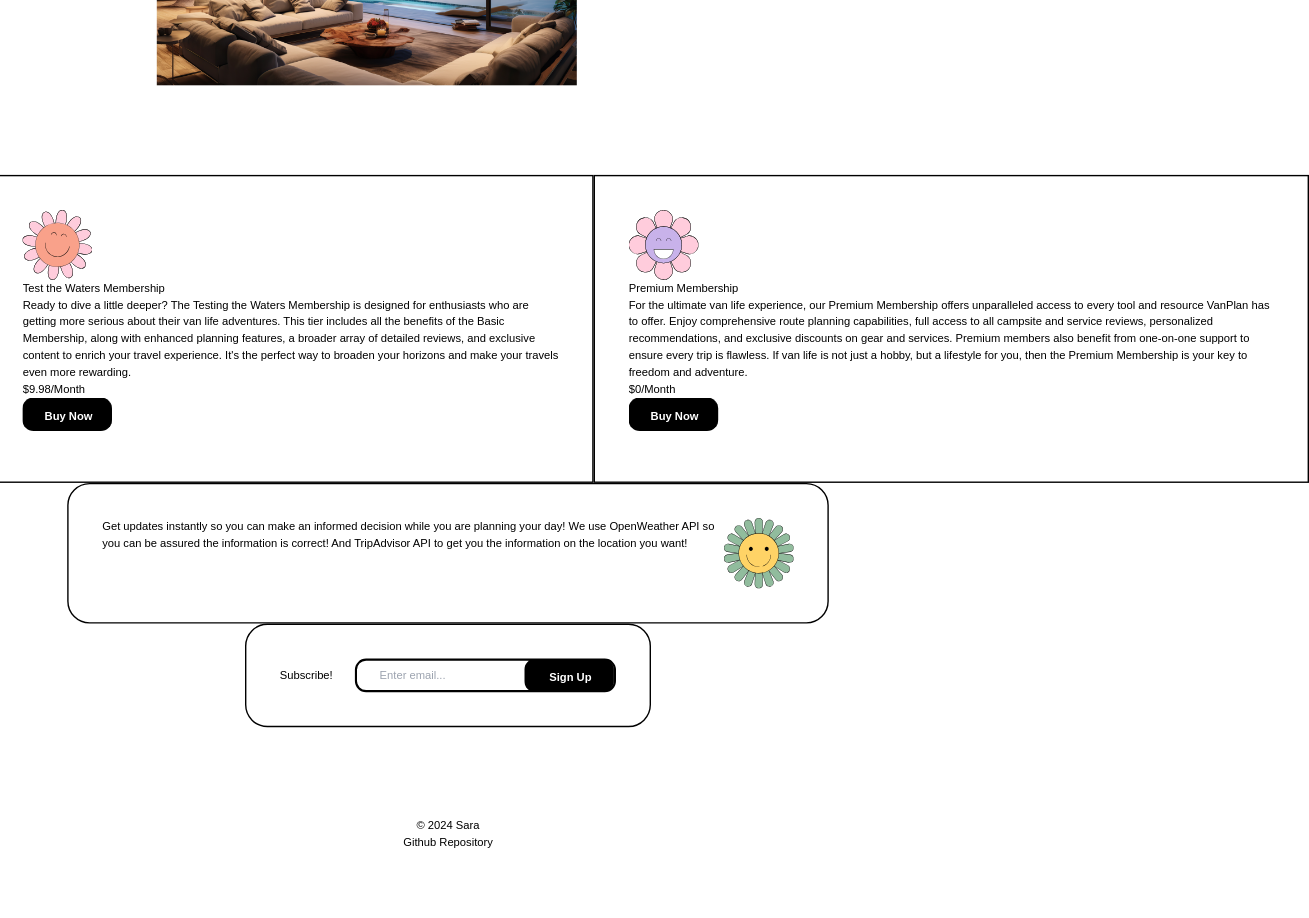
Repository: SaraShio/landing-page
Page: /
An editor plug-in stored every save of this project. The page is shown before and after a run of saves, followed by the edit.
The browser window is 1280 px wide. The page is 1870 px wide, then 1620 px, so the pictures cover 1870 px, including what lies to the right of the window. The pictures show the part of the page from y = 497 to 1817 px (the page is 1808 px tall before and 1904 px after), at 70% of full size.
The project was rebuilt for these pictures with package versions that can differ from the ones it lists, and the page was loaded fresh each time. The framework's server and built-in components were replaced by stand-ins that run in the browser. Also part of the build but not shown: next.config.mjs.

Above is the page before, as saved 2024-03-06 00:07:09.

### src/pages/index.tsx
//import Spline from '@splinetool/react-spline';

import Image from "next/image";

import Header from "../../components/Header";
import Hero from "../../components/Hero";
import PriceCards from '../../components/PriceCards';
import SubBanner from "../../components/SubBanner";
import Subscribe from "../../components/Subscribe";
import Footer from "../../components/Footer";

export default function Home() {
  return (
    <main className={`flex min-h-screen flex-col items-center justify-between p-24`}>
      <Header />
      <Hero/>
      <PriceCards/>
      <SubBanner/>
      <Subscribe/>
      <Footer />
    </main>
  );
}

### src/styles/globals.css
@tailwind base;
@tailwind components;
@tailwind utilities;

@import url('https://fonts.googleapis.com/css2?family=Nunito:wght@400;600;700&display=swap');

:root {
 --black:#000000;
 --white: #FFFFFF;
 --card-padding: 3rem;
}

body {
  font-family: 'Nunito', sans-serif;
}

### components/Header/index.tsx
import Image from "next/image";
import styles from "./Header.module.css";

export default function Header() {
  return (
    <>
      <div className={styles.header_container}>
        <div className={styles.logo_img}>
          <Image
            src="/images/green_logo.svg"
            alt="VanPlan Logo"
            width={400}
            height={400}
          />
        </div>

        <div className={styles.input_container}>
        <form>
            <input type="text" placeholder="Enter email...">

            </input>
        </form>
        <button className={styles.signup_button}>Sign Up</button>
        </div>
      </div>
    </>
  );
}

### components/Hero/index.tsx
import Image from "next/image";
import styles from "./Hero.module.css";

export default function Hero() {
  return (
    <>
      <div className={styles.hero_container}>
        <Image src="/images/test1.jpeg" alt="Test" width={600} height={600} />

        <div>
          <h1>VanPlan</h1>
          <h1>Plan your day according to the weather</h1>
          <button className={styles.download_button}>Download Today</button>
        </div>
      </div>
    </>
  );
}

### components/PriceCards/index.tsx
import styles from './PriceCards.module.css';

import CardOne from "../CardOne";
import CardTwo from "../CardTwo";
import CardThree from "../CardThree";

export default function PriceCards() {
  return (
    <>
      <div className={styles.price_card_container}>
        <CardOne />
        <CardTwo />
        <CardThree />
      </div>
    </>
  );
}

### components/SubBanner/index.tsx
import Image from "next/image";
import styles from "./SubBanner.module.css";


export default function SubBanner() {
  return (
    <main className={styles.sub_banner_container}>

    <h1>Get updates instantly so you can make an informed decision while you are planning your day! We use OpenWeather API so you can be assured the information is correct! And TripAdvisor API to get you the information on the location you want!</h1>

    <Image src="/images/test5.svg" alt="Test" width={100} height={100} />


    </main>
  );
}

### components/Subscribe/index.tsx
import Image from "next/image";
import styles from "./Subscribe.module.css";

export default function Subscribe() {
  return (
    <main className={styles.subscribe_container}>
      <h1>Subscribe!</h1>

      <form className={styles.input_container}>
        <input type="text" placeholder="Enter email..."></input>
        <button className={styles.signup_button}>Sign Up</button>
      </form>

    </main>
  );
}

### components/Footer/index.tsx
import Image from 'next/image';
import styles from './Footer.module.css';

export default function Footer(){
    return (
        <>
            <footer className={styles.footer_container}>
                <p>&copy; {new Date().getFullYear()} Sara</p>
                <a href="https://github.com/Haydenleung/MDIA-3109-Final-Project.git" target="_blank" rel="noopener noreferrer">Github Repository</a>
            </footer>
        </>
    )
}

### components/Header/Header.module.css
.header_container{
    display: flex;
    justify-content: space-between;
    align-items: center;
    width: 100vw;
    padding-right: 4rem;
    padding-left: 4rem;
  }

  .signup_button{
    border: 3px solid var(--black);
    border-right: none;
    border-radius: 1rem;
    padding: 12px;
    width: 8rem;
    height: 3rem;
    background-color: var(--black);
    color: var(--white);
    font-weight: 600;
  }

  .input_container{
    display: flex;
    align-items: center;
    border: 3px solid var(--black);
    border-radius: 1rem;
    height: 3rem;
    padding-left: 2rem;
  }

### components/Hero/Hero.module.css
.hero_container{
display: flex;
padding: 8rem;
}

.download_button{
    border: 3px solid var(--black);
    border-right: none;
    border-radius: 1rem;
    padding: 12px;
    width: 12rem;
    height: 3rem;
    background-color: var(--black);
    color: var(--white);
    font-weight: 600;
}

### components/PriceCards/PriceCards.module.css
.price_card_container{
    display: flex;
}

### components/CardOne/index.tsx
import Image from "next/image";
import styles from "./CardOne.module.css";

export default function CardOne() {
  return (
    <>
      <div className={styles.card_one_container}>
      <Image src="/images/test2.svg" alt="Test" width={100} height={100} />
      <h1>Basic Membership</h1>
      <p>Our Basic Membership is ideal for those new to van life or who enjoy occasional escapes into nature. This entry-level option provides you with essential route planning tools, access to community forums, and a curated selection of campsite reviews. It's the perfect way to get your wheels rolling and start exploring with confidence and community support.</p>

      <h1>$0/Month</h1>

      <button className={styles.buy_button}>Buy Now</button>
      </div>
    </>
  );
}

### components/CardTwo/index.tsx
import Image from "next/image";
import styles from "./CardTwo.module.css";

export default function CardTwo() {
  return (
    <>
      <div className={styles.card_two_container}>
      <Image src="/images/test3.svg" alt="Test" width={100} height={100} />
      <h1>Test the Waters Membership</h1>
      <p>Ready to dive a little deeper? The Testing the Waters Membership is designed for enthusiasts who are getting more serious about their van life adventures. This tier includes all the benefits of the Basic Membership, along with enhanced planning features, a broader array of detailed reviews, and exclusive content to enrich your travel experience. It's the perfect way to broaden your horizons and make your travels even more rewarding.</p>

      <h1>$9.98/Month</h1>

      <button className={styles.buy_button}>Buy Now</button>
      </div>
    </>
  );
}

### components/CardThree/index.tsx
import Image from "next/image";
import styles from "./CardThree.module.css";

export default function CardThree() {
  return (
    <>
      <div className={styles.card_three_container}>
        <Image src="/images/test4.svg" alt="Test" width={100} height={100} />
        <h1>Premium Membership</h1>
        <p>
          For the ultimate van life experience, our Premium Membership offers
          unparalleled access to every tool and resource VanPlan has to offer.
          Enjoy comprehensive route planning capabilities, full access to all
          campsite and service reviews, personalized recommendations, and
          exclusive discounts on gear and services. Premium members also benefit
          from one-on-one support to ensure every trip is flawless. If van life
          is not just a hobby, but a lifestyle for you, then the Premium
          Membership is your key to freedom and adventure.
        </p>

        <h1>$0/Month</h1>

        <button className={styles.buy_button}>Buy Now</button>
      </div>
    </>
  );
}

### components/SubBanner/SubBanner.module.css
.sub_banner_container{
    display: flex;
    border: 2px solid var(--black);
    border-radius: 2rem;
    padding: var(--card-padding);
}

### components/Subscribe/Subscribe.module.css
.subscribe_container{
    display: flex;
    flex-direction: row;
    align-items: center;
    border: 2px solid var(--black);
    border-radius: 2rem;
    padding: var(--card-padding);
}

.signup_button{
    border: 3px solid var(--black);
    border-right: none;
    border-radius: 1rem;
    padding: 12px;
    width: 8rem;
    height: 3rem;
    background-color: var(--black);
    color: var(--white);
    font-weight: 600;
  }

  .input_container{
    display: flex;
    align-items: center;
    border: 3px solid var(--black);
    border-radius: 1rem;
    height: 3rem;
    padding-left: 2rem;
    margin-left: 2rem;
  }

### components/Footer/Footer.module.css
.footer_container {
    display: flex;
    flex-direction: column;
    justify-content: center;
    align-items: center;
    width: 100vw;
    padding-top: 8rem;
}

### components/CardOne/CardOne.module.css
.card_one_container{
    border: 2px solid var(--black);
    padding: var(--card-padding);
    display: flex;
    flex-direction: column;
    width: 2000px;
}

.buy_button{
    border: 3px solid var(--black);
    border-right: none;
    border-radius: 1rem;
    padding: 12px;
    width: 8rem;
    height: 3rem;
    background-color: var(--black);
    color: var(--white);
    font-weight: 600;
}

### components/CardTwo/CardTwo.module.css
.card_two_container{
    border: 2px solid var(--black);
    padding: var(--card-padding);
    display: flex;
    flex-direction: column;
}

.buy_button{
    border: 3px solid var(--black);
    border-right: none;
    border-radius: 1rem;
    padding: 12px;
    width: 8rem;
    height: 3rem;
    background-color: var(--black);
    color: var(--white);
    font-weight: 600;
}

### components/CardThree/CardThree.module.css
.card_three_container{
    border: 2px solid var(--black);
    padding: var(--card-padding);
    display: flex;
    flex-direction: column;
}

.buy_button{
    border: 3px solid var(--black);
    border-right: none;
    border-radius: 1rem;
    padding: 12px;
    width: 8rem;
    height: 3rem;
    background-color: var(--black);
    color: var(--white);
    font-weight: 600;
}

Loaded but not shown: src/pages/_app.tsx (common file); src/pages/_document.tsx (common file); tailwind.config.ts (common file)

After the next 2 saves:
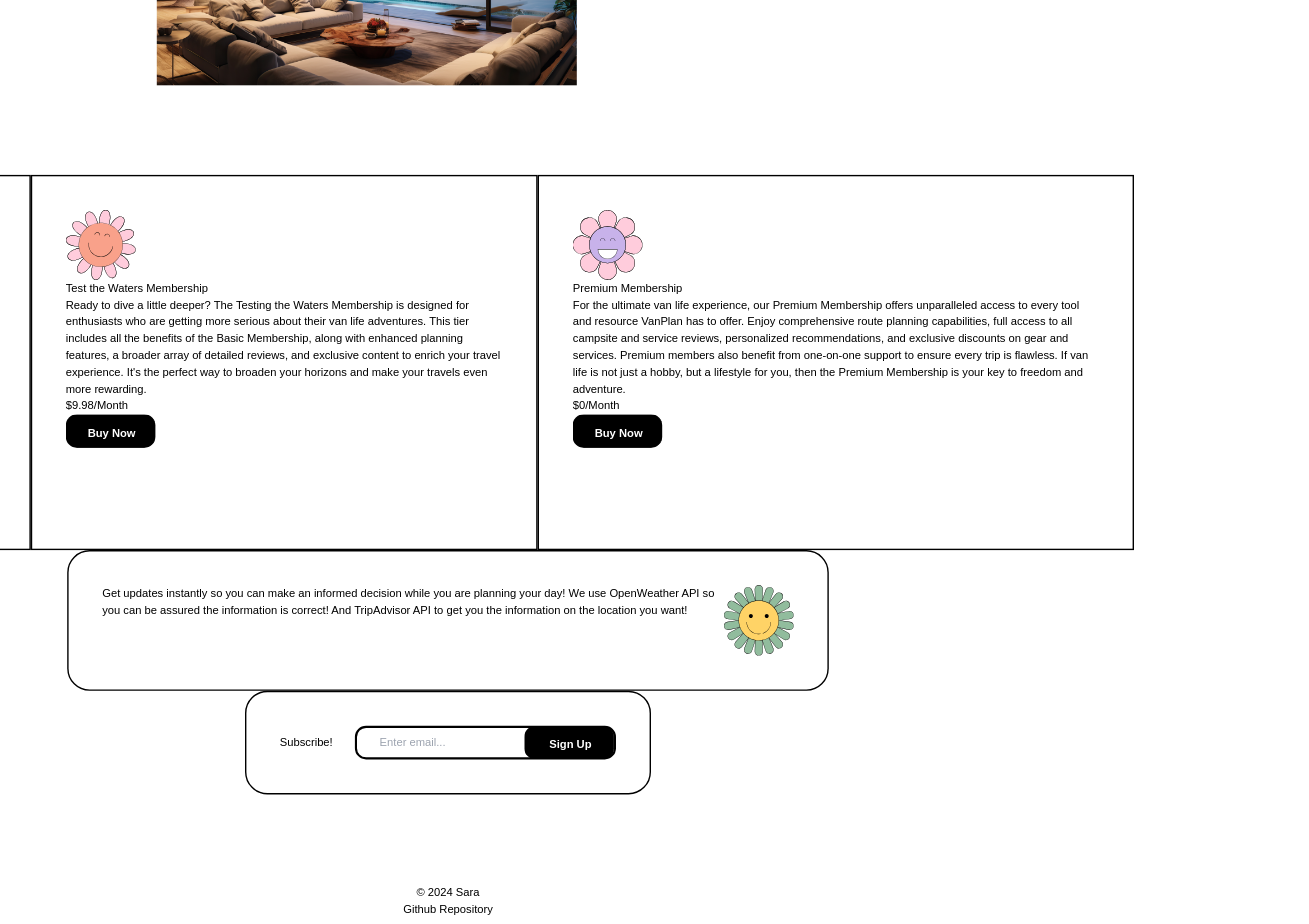
The 2 saves are shown as one change because they came seconds apart.
The last was saved 11 s later.
--- a/components/CardOne/CardOne.module.css
+++ b/components/CardOne/CardOne.module.css
@@ -3,7 +3,7 @@
     padding: var(--card-padding);
     display: flex;
     flex-direction: column;
-    width: 2000px;
+    width: 1500px;
 }
 
 .buy_button{
